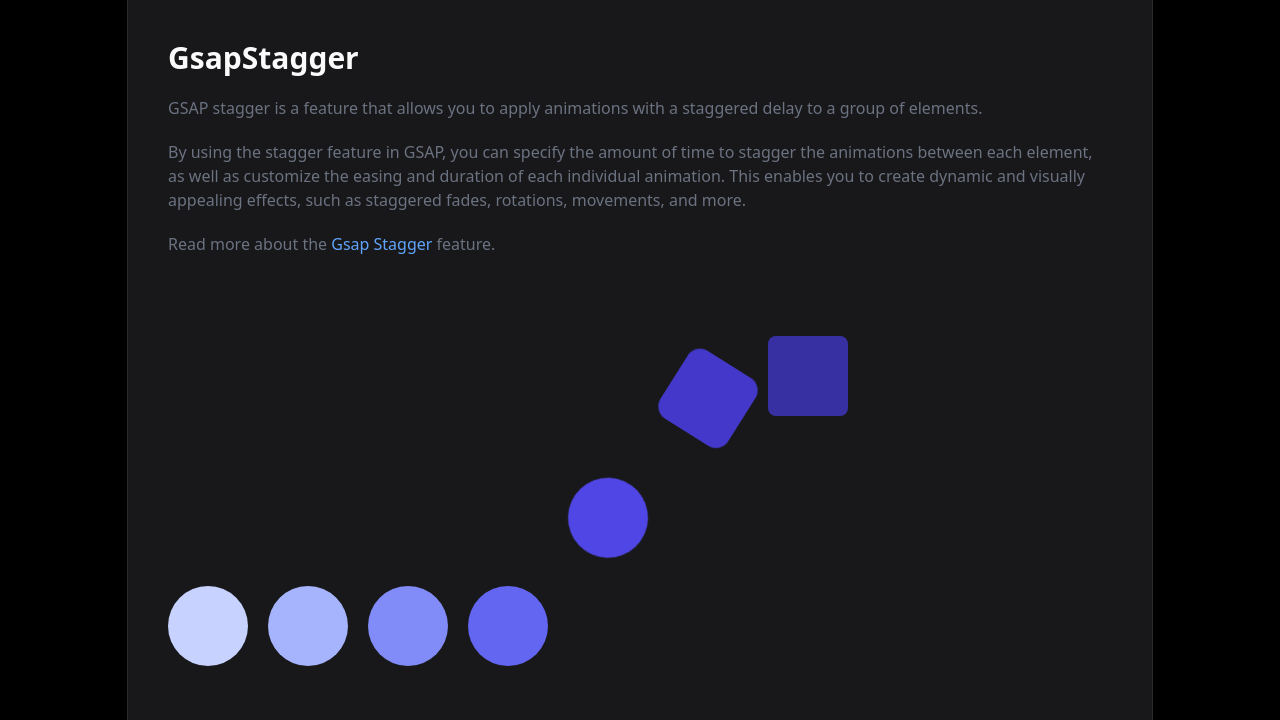
Repository: mgoyeghiaian/gsap-Starter
Page: /gsapstagger
These files come from the project's save history. The page is drawn as it stood at one moment and after a run of saves; the edit follows.
The browser window is 1280 px wide. The pictures show the whole page.
The project was rebuilt for these pictures with package versions that can differ from the ones it lists, and the page was loaded fresh each time. Also part of the build but not shown: vite.config.js, src/pages/Home.jsx, src/pages/GsapTo.jsx, src/pages/GsapFrom.jsx, src/pages/GsapFromTo.jsx, src/pages/GsapTimeline.jsx, src/pages/GsapScrollTrigger.jsx, src/pages/GsapText.jsx.

Above is the page before, as saved 2024-03-17 23:53:54.

### src/pages/GsapStagger.jsx
import { useGSAP } from "@gsap/react";
import gsap from "gsap";

const GsapStagger = () => {
  // TODO: Implement the gsap.stagger() method
  useGSAP(() => {
    gsap.to('.stagger-box', {
      y: 250,
      rotation: 360,
      borderRadius: '100%',
      repeat: -1,
      yoyo: true,
      // stagger: 0.5,
      stagger: {
        amount: 1.5,
        grid: [2, 1],
        axis: 'y',
        ease:"circ.inOut",

      }
    });
  }, [])
  return (
    <main>
      <h1>GsapStagger</h1>

      <p className="mt-5 text-gray-500">
        GSAP stagger is a feature that allows you to apply animations with a
        staggered delay to a group of elements.
      </p>

      <p className="mt-5 text-gray-500">
        By using the stagger feature in GSAP, you can specify the amount of time
        to stagger the animations between each element, as well as customize the
        easing and duration of each individual animation. This enables you to
        create dynamic and visually appealing effects, such as staggered fades,
        rotations, movements, and more.
      </p>

      <p className="mt-5 text-gray-500">
        Read more about the{" "}
        <a
          href="https://gsap.com/resources/getting-started/Staggers"
          target="_blank"
          rel="noreferrer noopener nofollow"
        >
          Gsap Stagger
        </a>{" "}
        feature.
      </p>

      <div className="mt-20">
        <div className="flex gap-5">
          <div className="w-20 h-20 bg-indigo-200 rounded-lg stagger-box" />
          <div className="w-20 h-20 bg-indigo-300 rounded-lg stagger-box" />
          <div className="w-20 h-20 bg-indigo-400 rounded-lg stagger-box" />
          <div className="w-20 h-20 bg-indigo-500 rounded-lg stagger-box" />
          <div className="w-20 h-20 bg-indigo-600 rounded-lg stagger-box" />
          <div className="w-20 h-20 bg-indigo-700 rounded-lg stagger-box" />
          <div className="w-20 h-20 bg-indigo-800 rounded-lg stagger-box" />
        </div>
      </div>
    </main>
  );
};

export default GsapStagger;

Loaded but not shown: index.html (common file); src/main.jsx (common file); src/App.jsx (common file); src/index.css (common file); src/pages/index.jsx (common file); tailwind.config.js (common file)

After the next 3 saves:
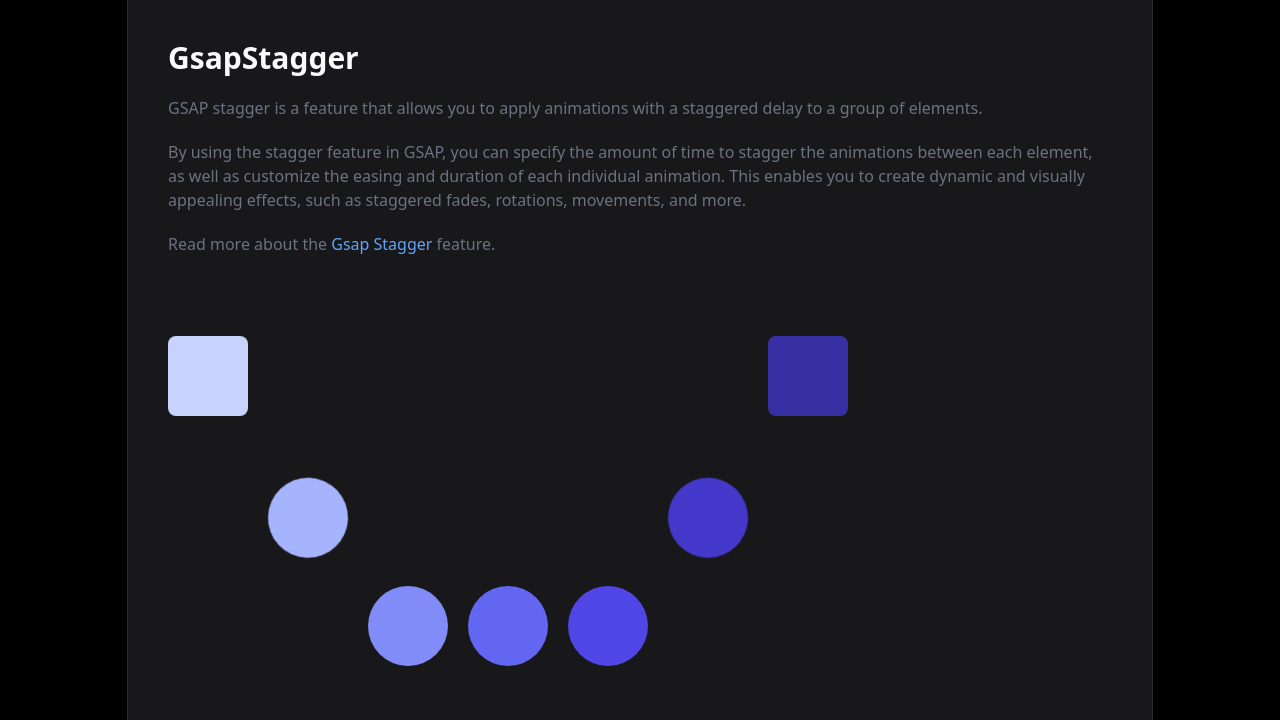
The 3 saves are shown as one change because they came seconds apart.
The last was saved 7 s later.
--- a/src/pages/GsapStagger.jsx
+++ b/src/pages/GsapStagger.jsx
@@ -15,8 +15,8 @@
         amount: 1.5,
         grid: [2, 1],
         axis: 'y',
-        ease:"circ.inOut",
-
+        ease: "circ.inOut",
+        from: "center",
       }
     });
   }, [])
